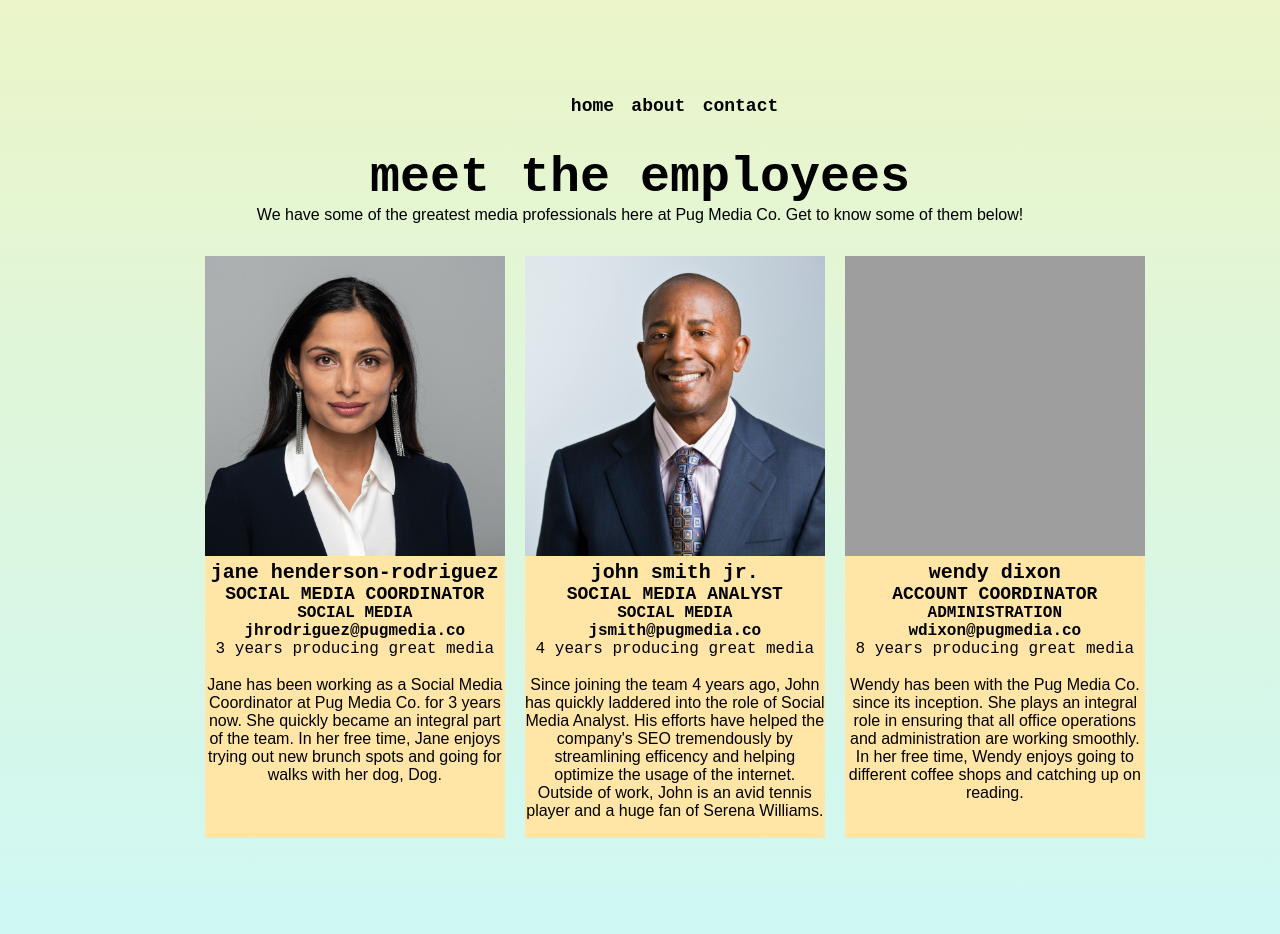
Repository: cheungglenda/MDIA2109-Week3
Page: /about
The author's editor kept a copy of each file at every save. The page is drawn from the files as they stood at one save, then again after the next save.
The browser window is 1280 px wide. The pictures show the whole page.
Pictures or frames that could not be fetched are drawn as grey boxes. The project was rebuilt for these pictures with package versions that can differ from the ones it lists, and the page was loaded fresh each time. The framework's server and built-in components were replaced by stand-ins that run in the browser. Also part of the build but not shown: next.config.js.

Above is the page before, as saved 2023-01-20 13:07:47.

After the next save:
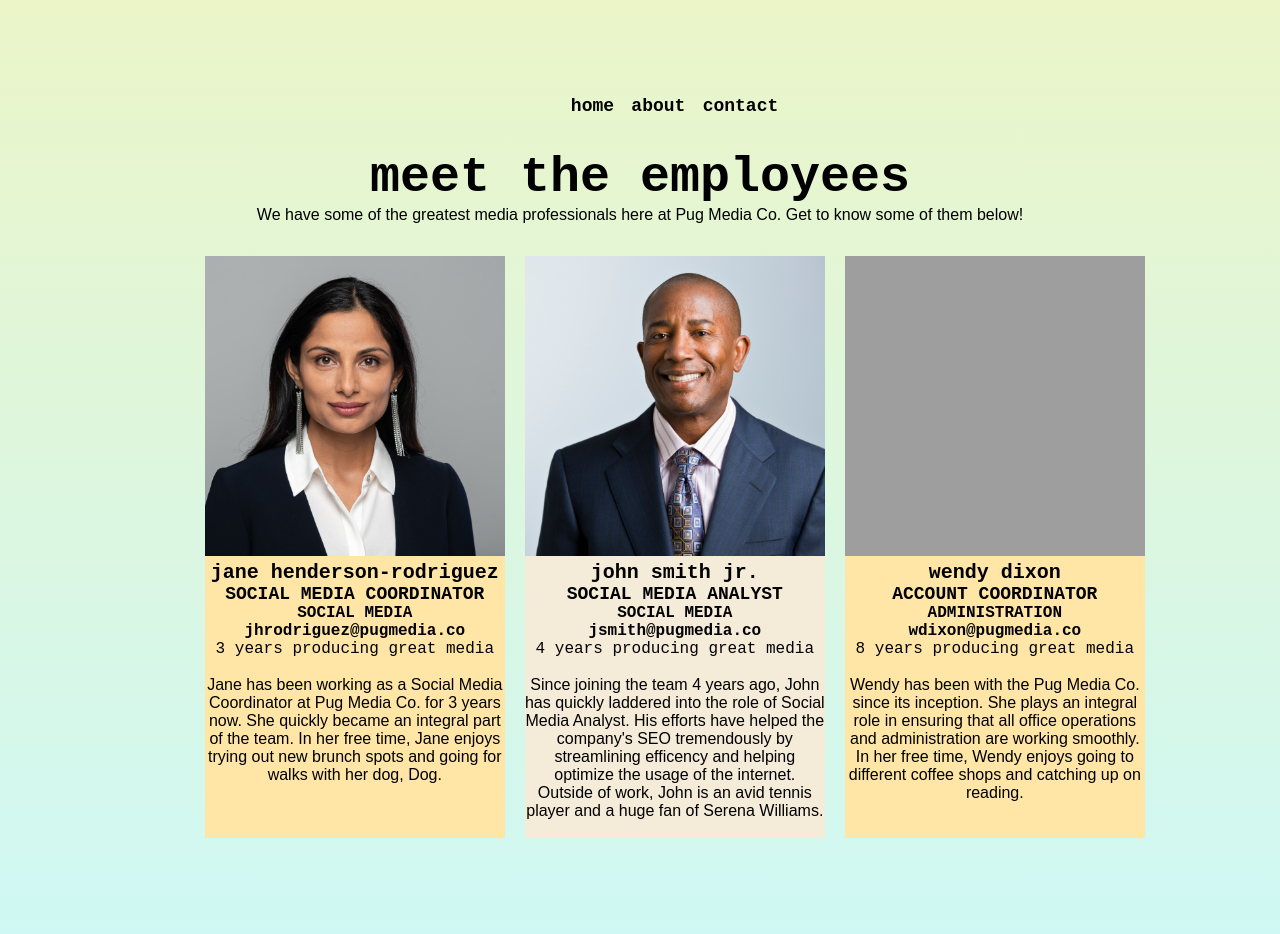
Saved 39 s later.
--- a/pages/about.js
+++ b/pages/about.js
@@ -59,7 +59,7 @@ export default function About() {
               contact={info.contact}
               yearsworked={info.yearsWorked}
               description={info.description}
-              color="#FFE6A7" font="16px"/>
+              color="#F4EBD9" font="16px"/>
             )
           }
           })}
